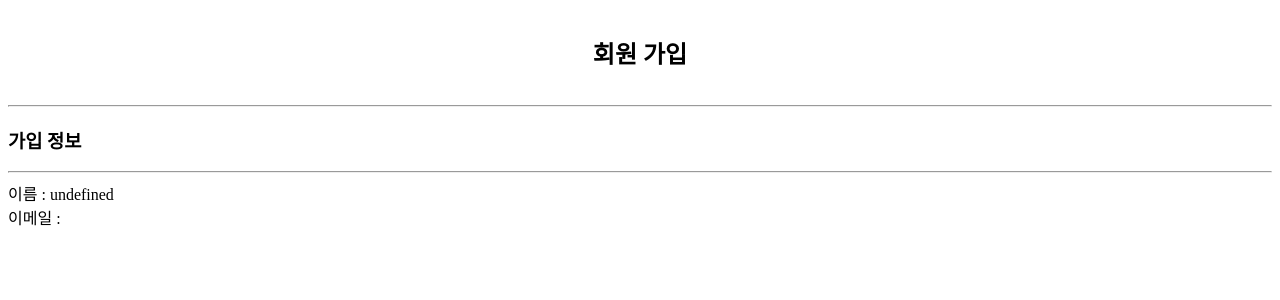
Repository: ineble/sql
Page: http://localhost/text/01/text1.jsp
The author's editor kept a copy of each file at every save. The page is drawn from the files as they stood at one save, then again after a run of saves.
The browser window is 1280 px wide. The pictures show the whole page.
Empty fields were first filled with sample values (such as "Sample", 5 or name@example.com).
After loading, the first visible `button` was clicked once.
The page is served by Tomcat 9.

Above is the page before, as saved 2022-07-15 08:02:56.

After the next 2 saves:
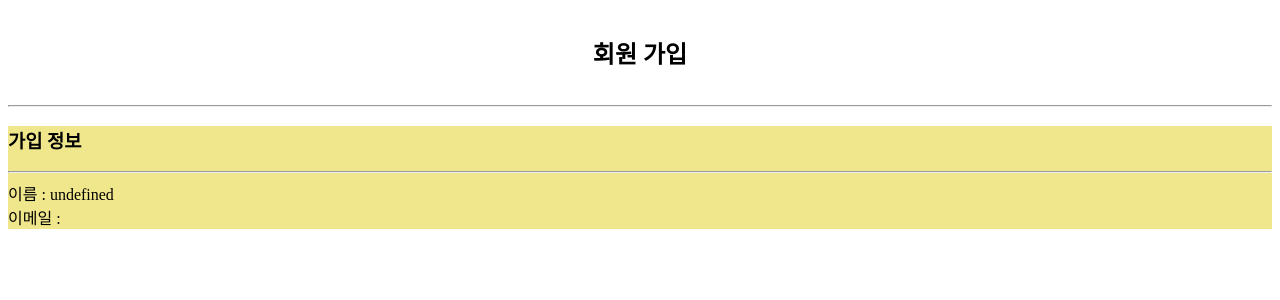
The 2 saves are shown as one change because they came seconds apart.
The last was saved 8 min 33 s later.
--- a/text/src/main/webapp/01/text1.jsp
+++ b/text/src/main/webapp/01/text1.jsp
@@ -27,7 +27,7 @@ h2 {
 		document.getElementById("regform").style.display = "none";
 		document.getElementById("rname").innerHTML = document.form1.name.value;
 		document.getElementById("remail").innerHTML = document.form1.email.value;
-		document.getElementById("result").setAttribute("style","display: block; backgroud-color:KhaKi;");
+		document.getElementById("result").setAttribute("style","display: block; background-color:KhaKi;");
 	}
 </script>
 
